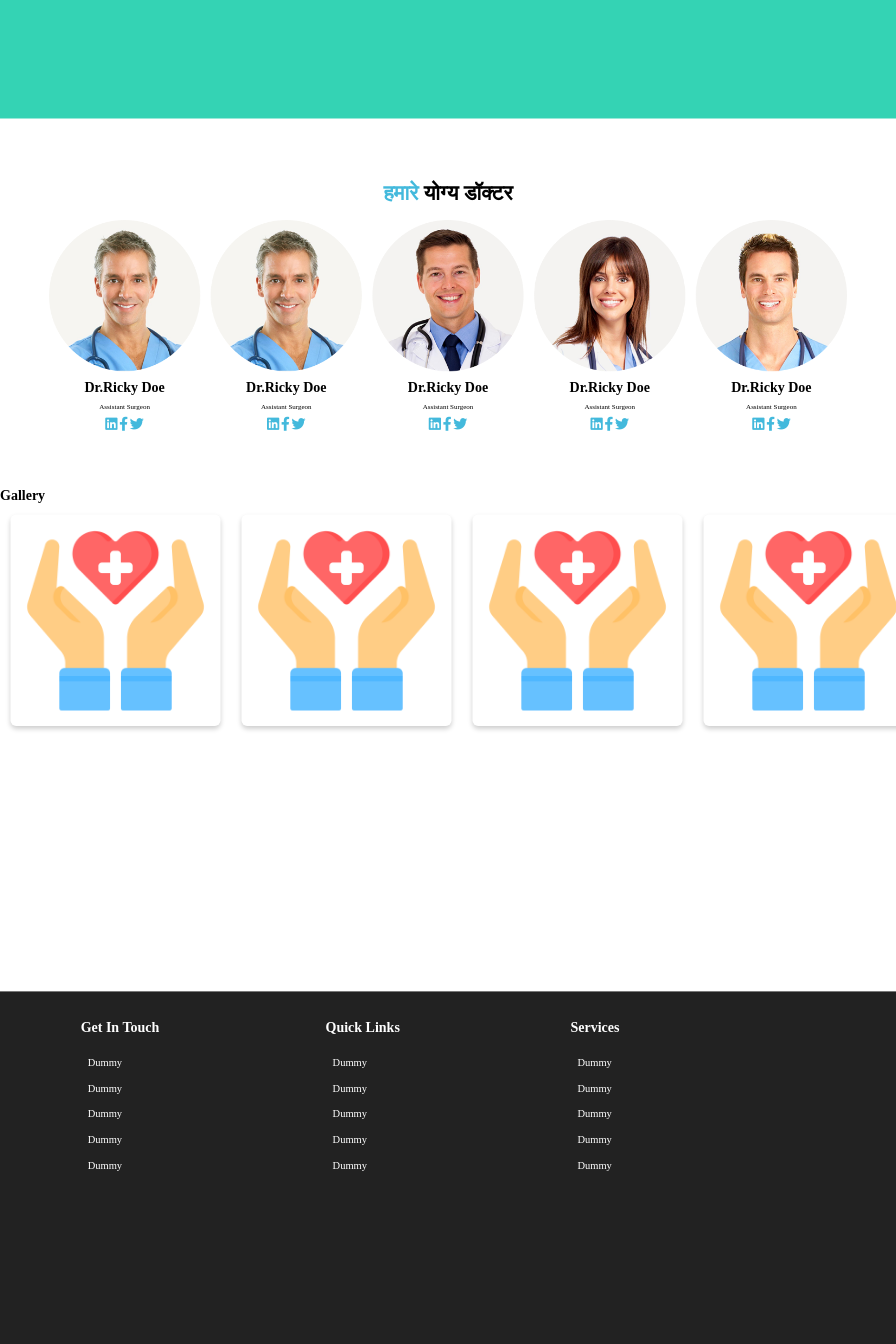
Repository: Aayush919/test
Page: index.html
An editor plug-in stored every save of this project. The page is shown before and after the next save, followed by the edit.
The browser window is 1280 px wide. The pictures show the part of the page from y = 2826 to 4746 px (the page is 4746 px tall), at 70% of full size.
Some web libraries are served in a nearby version.

Above is the page before, as saved 2023-10-15 12:58:29.
Console error: TypeError: Cannot read properties of null (reading 'addEventListener')

After the next save:
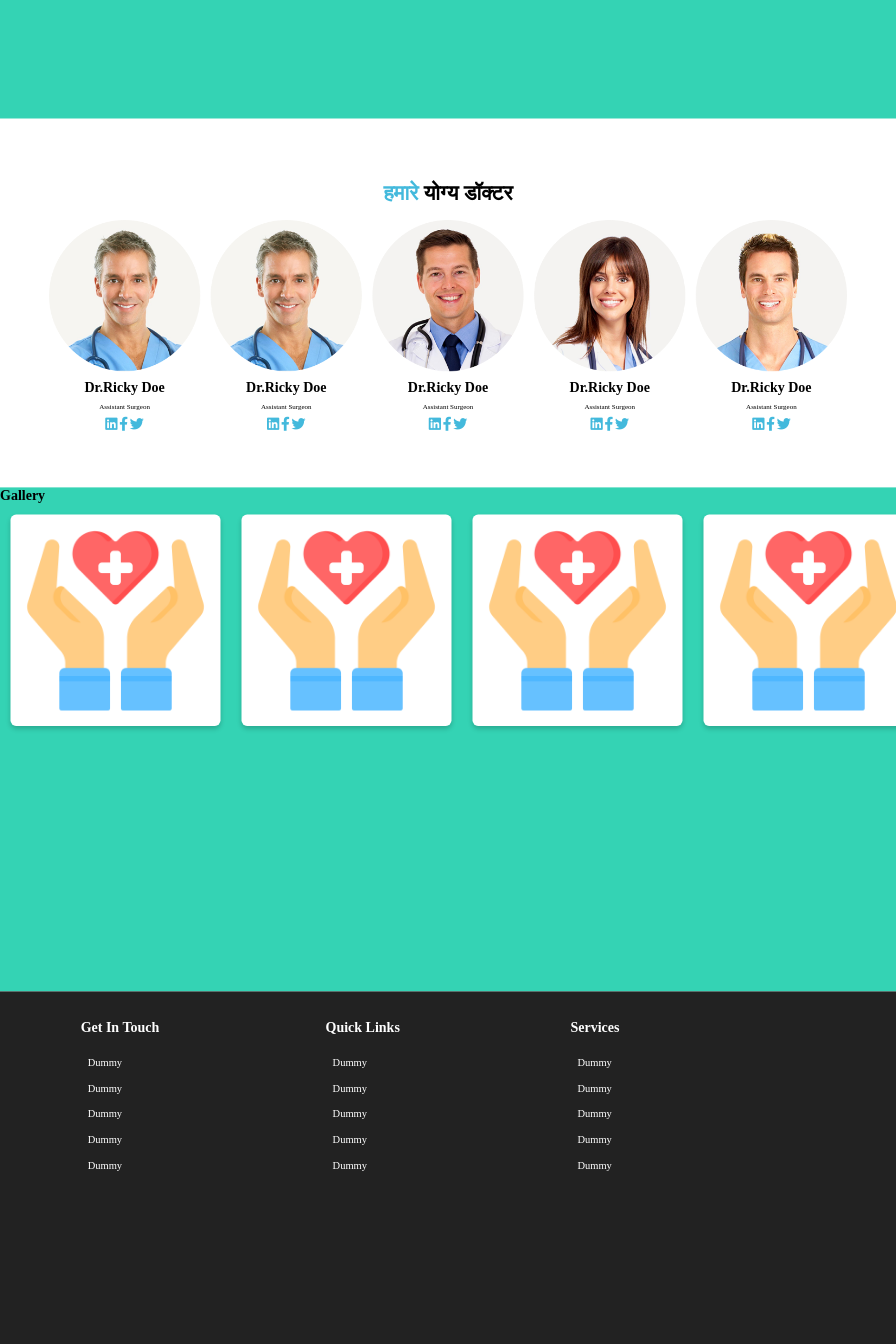
Saved 5 s later.
--- a/style.css
+++ b/style.css
@@ -504,7 +504,7 @@ section-container {
 
   .gallery{
     min-height: 100vh;
-    background-color:34d3b4;
+    background-color:#34d3b4;
 
   }
 
